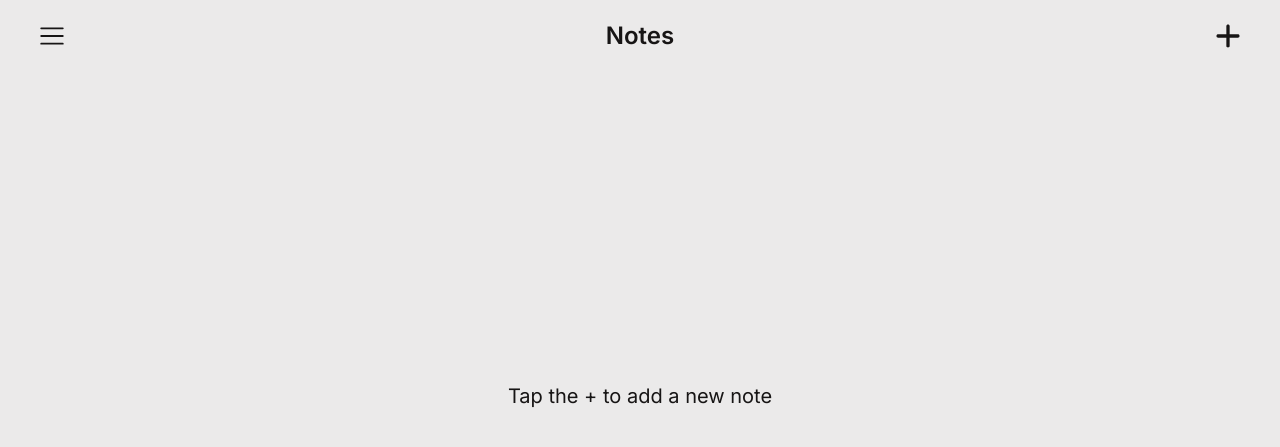
Repository: IdaHolmen/notes
Page: index.html
An editor plug-in stored every save of this project. The page is shown before and after the next save, followed by the edit.
The browser window is 1280 px wide. The pictures show the whole page.
After loading, the first visible `button.hamburger-button` was clicked once.

Above is the page before, as saved 2024-10-27 18:45:51.

After the next save:
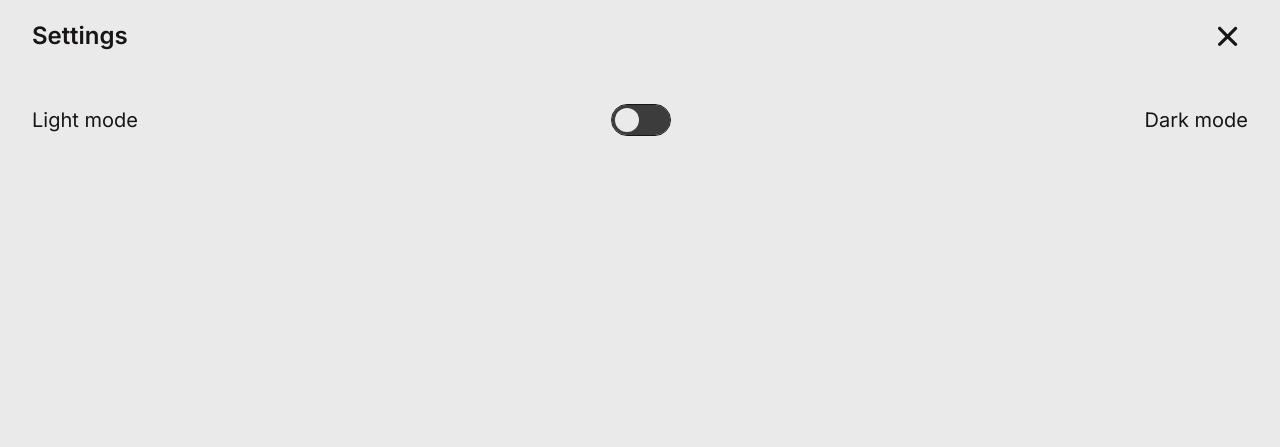
Saved 2 min 3 s later.
--- a/app.js
+++ b/app.js
@@ -6,8 +6,8 @@ const hamburgerMenu = document.querySelector('.hamburger-menu');
 
 // EVENT LISTENERS
 hamburgerButton.addEventListener('click', ()=> {
-
-
+  defaultContainer.style.display = 'none';
+  hamburgerMenu.style.display = 'flex';
 });
 
 exitButton.addEventListener('click', ()=> {
